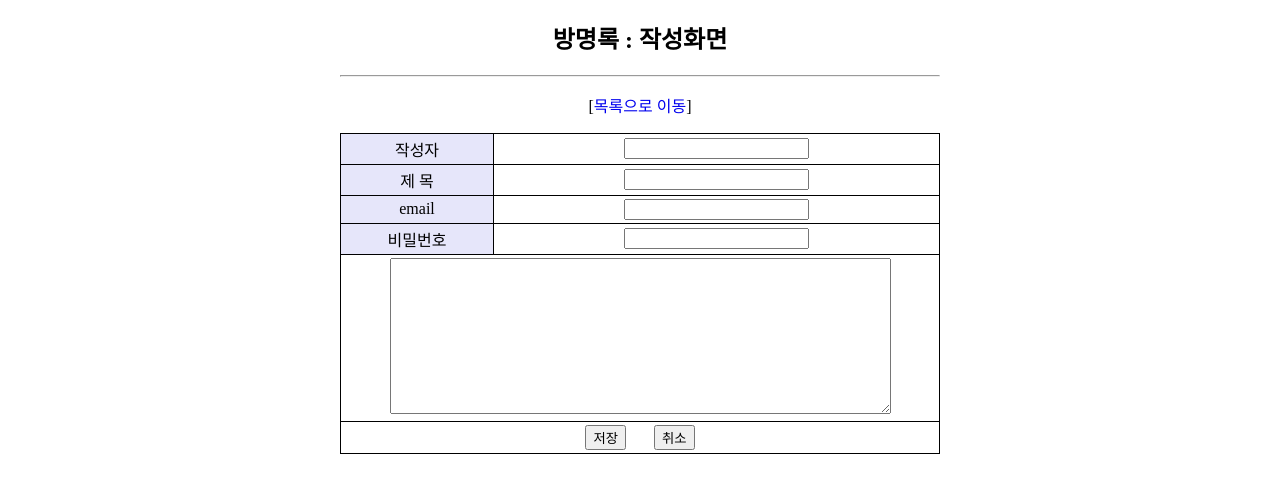
Repository: wjsjsn/23_jspstudy
Page: http://localhost/02_jsp/guestbook2/write.jsp
The author's editor kept a copy of each file at every save. The page is drawn from the files as they stood at one save, then again after the next save.
The browser window is 1280 px wide. The pictures show the whole page.
The page is served by Tomcat 9. Other server files are loaded and not shown.

Above is the page before, as saved 2023-07-10 01:22:31.

### 02_jsp/src/main/webapp/guestbook2/write.jsp
<%@ page language="java" contentType="text/html; charset=UTF-8"
    pageEncoding="UTF-8"%>
<!DOCTYPE html>
<html>
<head>
<meta charset="UTF-8">
<title> 방 명 록 </title>
<style type="text/css">
	a { text-decoration: none;}
	table{width: 600px; border-collapse:collapse; text-align: center;}
	table,th,td{border: 1px solid black; padding: 3px}
	div{width: 600px; margin:auto; text-align: center;}
</style>
<script type="text/javascript">
	function save_go(f) {
		f.action="/02_jsp/GuestController2";
		f.submit();
	}
</script>
</head>
<body>
	<div>
		<h2>방명록 : 작성화면</h2>
		<hr />
		<p>[<a href="/02_jsp/GuestController2?cmd=list">목록으로 이동</a>]</p>
		<form method="post">
			<table>
				<tr align="center">
					<td bgcolor="lavender">작성자</td>
					<td><input type="text" name="name" size ="20"/></td>
				</tr>
				<tr align="center">
					<td bgcolor="lavender">제  목</td>
					<td><input type="text" name="subject" size ="20"/></td>
				</tr>
				<tr align="center">
					<td bgcolor="lavender">email</td>
					<td><input type="text" name="email" size ="20"/></td>
				</tr>
				<tr align="center">
					<td bgcolor="lavender">비밀번호</td>
					<td><input type="password" name="pwd" size ="20"/></td>
				</tr>
				<tr align="center">
					<td colspan="2">
						<textarea rows="10" cols="60" name="content"></textarea>
					</td>
				</tr>
				<tfoot>
					<tr align="center">
						<td colspan="2">
							<input type="hidden" value="write_ok" name="cmd">
							<input type="button" value="저장" onclick="save_go(this.form)" />
							&nbsp;&nbsp;&nbsp;&nbsp;&nbsp;
							<input type="reset" value="취소" />
						</td>
					</tr>
				</tfoot>
			</table>
		</form>
	</div>
</body>
</html>

After the next save:
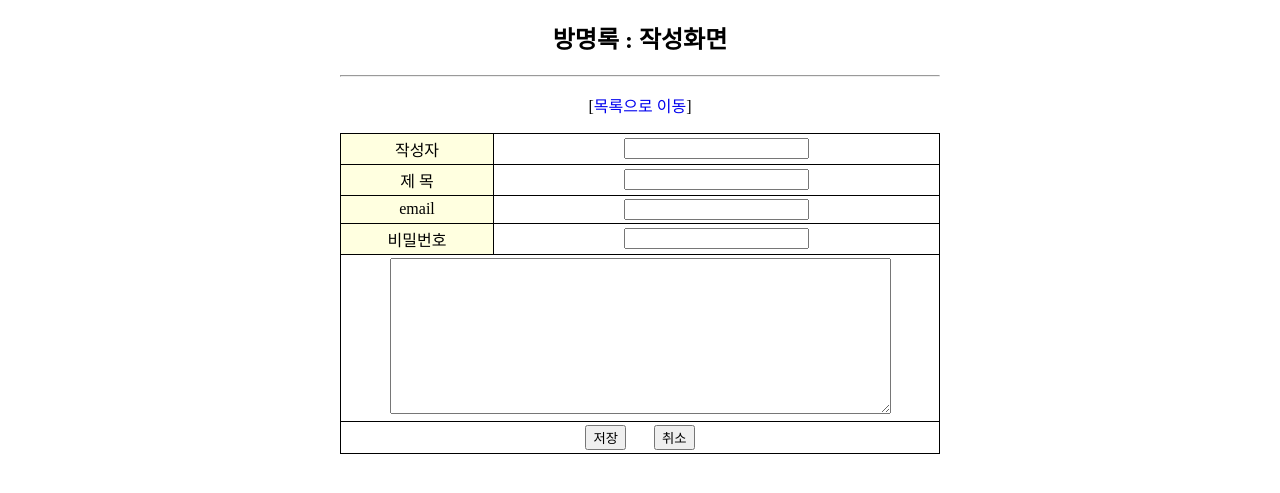
Saved 75 s later.
--- a/02_jsp/src/main/webapp/guestbook2/write.jsp
+++ b/02_jsp/src/main/webapp/guestbook2/write.jsp
@@ -13,7 +13,7 @@
 </style>
 <script type="text/javascript">
 	function save_go(f) {
-		f.action="/02_jsp/GuestController2";
+		f.action="/02_jsp/GuestBook2";
 		f.submit();
 	}
 </script>
@@ -22,23 +22,23 @@
 	<div>
 		<h2>방명록 : 작성화면</h2>
 		<hr />
-		<p>[<a href="/02_jsp/GuestController2?cmd=list">목록으로 이동</a>]</p>
+		<p>[<a href="/02_jsp/GuestBook2?cmd=list">목록으로 이동</a>]</p>
 		<form method="post">
 			<table>
 				<tr align="center">
-					<td bgcolor="lavender">작성자</td>
+					<td bgcolor="lightyellow">작성자</td>
 					<td><input type="text" name="name" size ="20"/></td>
 				</tr>
 				<tr align="center">
-					<td bgcolor="lavender">제  목</td>
+					<td bgcolor="lightyellow">제  목</td>
 					<td><input type="text" name="subject" size ="20"/></td>
 				</tr>
 				<tr align="center">
-					<td bgcolor="lavender">email</td>
+					<td bgcolor="lightyellow">email</td>
 					<td><input type="text" name="email" size ="20"/></td>
 				</tr>
 				<tr align="center">
-					<td bgcolor="lavender">비밀번호</td>
+					<td bgcolor="lightyellow">비밀번호</td>
 					<td><input type="password" name="pwd" size ="20"/></td>
 				</tr>
 				<tr align="center">
